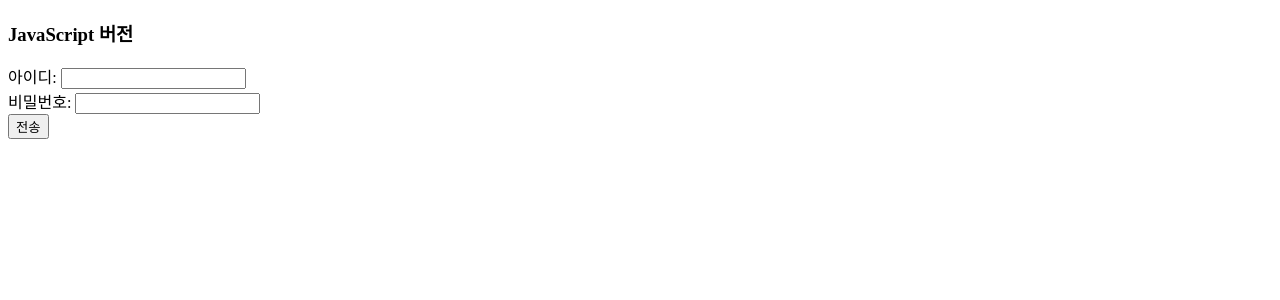
Repository: LeeKukJu/JSP-Study
Page: http://localhost/JSPBookExcercise/ch08/validation03.jsp
An editor plug-in stored every save of this project. The page is shown before and after the next save, followed by the edit.
The browser window is 1280 px wide. The pictures show the whole page.
The page is served by Tomcat 9.

Above is the page before, as saved 2023-02-01 10:16:39.

After the next save:
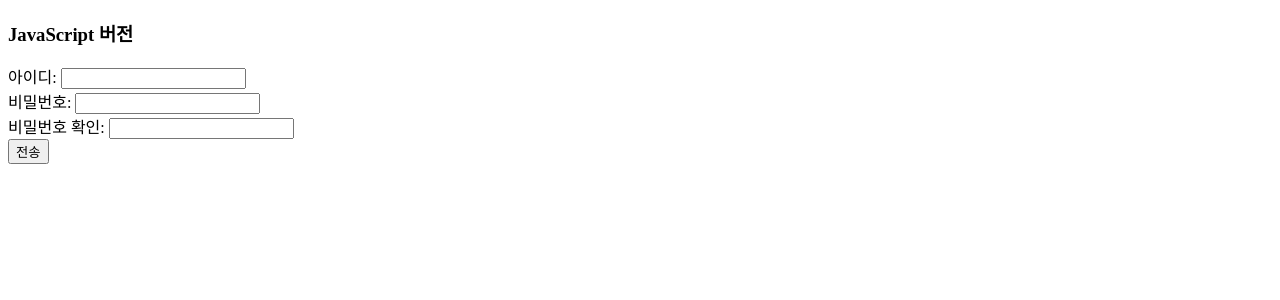
Saved 2 min 9 s later.
--- a/JSPBookExcercise/WebContent/ch08/validation03.jsp
+++ b/JSPBookExcercise/WebContent/ch08/validation03.jsp
@@ -35,6 +35,7 @@
 	<form action="validation_process.jsp" name="loginForm" method="post">
 		아이디: <input type="text" name="id"/><br>
 		비밀번호: <input type="text" name="pw"/><br>
+		비밀번호 확인: <input type="text" name="pw2"/><br>
 		<input type="button" value="전송" onclick="CheckForm()"/>
 	</form>
 </body>
